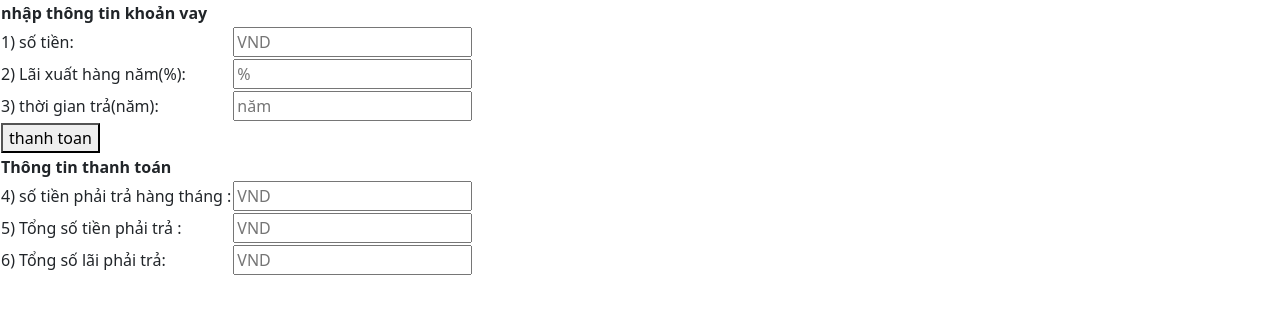
Repository: Lehuyhuynh/DOM
Page: BT2/index.html
These files come from the project's save history. The page is drawn as it stood at one moment and after the next save; the edit follows.
The browser window is 1280 px wide. The pictures show the whole page.

Above is the page before, as saved 2023-09-07 20:57:11.

### BT2/index.html
<!DOCTYPE html>
<html lang="en">
<head>
    <meta charset="UTF-8">
    <meta name="viewport" content="width=device-width, initial-scale=1.0">
    <title>BT2</title>
    <link rel="stylesheet" href="style.css">
    <link href="https://cdn.jsdelivr.net/npm/bootstrap@5.1.3/dist/css/bootstrap.min.css" rel="stylesheet" integrity="sha384-1BmE4kWBq78iYhFldvKuhfTAU6auU8tT94WrHftjDbrCEXSU1oBoqyl2QvZ6jIW3" crossorigin="anonymous">
</head>
<body>

  <form id="form">
    <table>
      <tr>
        <th>nhập thông tin khoản vay</th>
        <th colspan="1"></th>
      </tr>
      <tr>
        <td> <label for="money">1) số tiền:</label></td>
        <td><input type="text" id="money" name="money" placeholder="VND"></td>
      </tr>
      <tr>
        <td><label for="years">2) Lãi xuất hàng năm(%):</label></td>
        <td><input type="text" id="years" name="years" placeholder="%"></td>
      </tr>
      <tr>
        <td><label  for="time">3) thời gian trả(năm):</label></td>
        <td><input type="text" id="time" name="money" placeholder="năm"></td>
      </tr>

      <tr>
        <td><button type="submit"> thanh toan </button></td>
      </tr>

      <tr>
        <th>Thông tin thanh toán</th>
        <th colspan="1"></th>
      </tr>
      <tr>
        <td>
          <label for="Monthly">4) số tiền phải trả hàng tháng :</label>
        </td>
        <td><input type="text" id="Monthly" name="Monthly" placeholder="VND" ></td>
      </tr>
      <tr>
        <td><label for="amount" >5) Tổng số tiền phải trả :</label></td>
        <td><input type="text" id="amount" name="amount" placeholder="VND"></td>
      </tr>
      <tr>
        <td><label for="totalProfit">6) Tổng số lãi phải trả:</label></td>
        <td><input type="text" id="totalProfit" name="totalProfit" placeholder="VND"></td>
      </tr>


    </table>
  </form>


    <script src="script.js"></script>
    <script src="https://cdn.jsdelivr.net/npm/bootstrap@5.1.3/dist/js/bootstrap.bundle.min.js" integrity="sha384-ka7Sk0Gln4gmtz2MlQnikT1wXgYsOg+OMhuP+IlRH9sENBO0LRn5q+8nbTov4+1p" crossorigin="anonymous"></script>
</body>

### BT2/script.js
const form = document.querySelector("#form");
form.addEventListener("submit", function(event) {

    event.preventDefault();
    console.log(1, event.preventDefault())

    const moneyInput = form.elements["money"];
    console.log(2, moneyInput)

    const yearsInput = form.elements["years"];
    console.log(2, yearsInput)

    const timeInput = form.elements["time"];
    console.log(2, timeInput)

    const money = moneyInput.value;
    console.log(3, money)

    const years = yearsInput.value;
    console.log(3, years)

    const time = timeInputInput.value;
    console.log(3, time)


});

Loaded but not shown: BT2/style.css (no stored copy; drawn as an empty file)

After the next save:
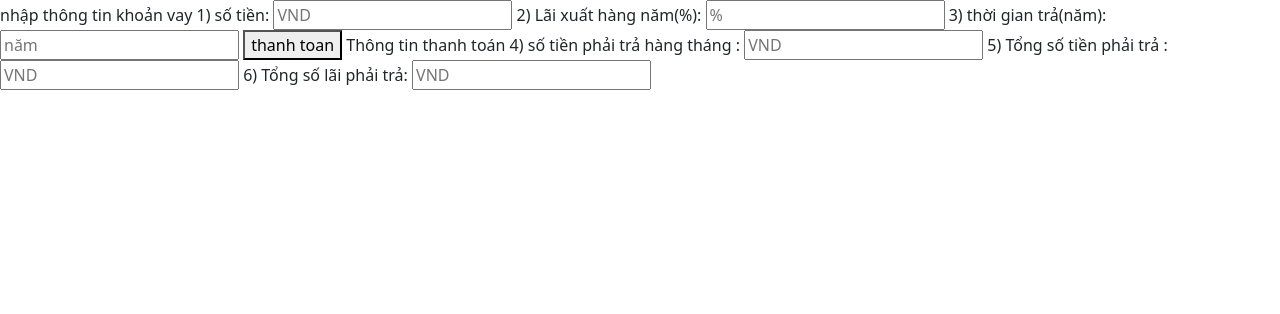
Saved 100 s later.
--- a/BT2/index.html
+++ b/BT2/index.html
@@ -9,7 +9,7 @@
 </head>
 <body>
 
-  <form id="form">
+  <form id="form"
     <table>
       <tr>
         <th>nhập thông tin khoản vay</th>

After the 2 saves that followed:
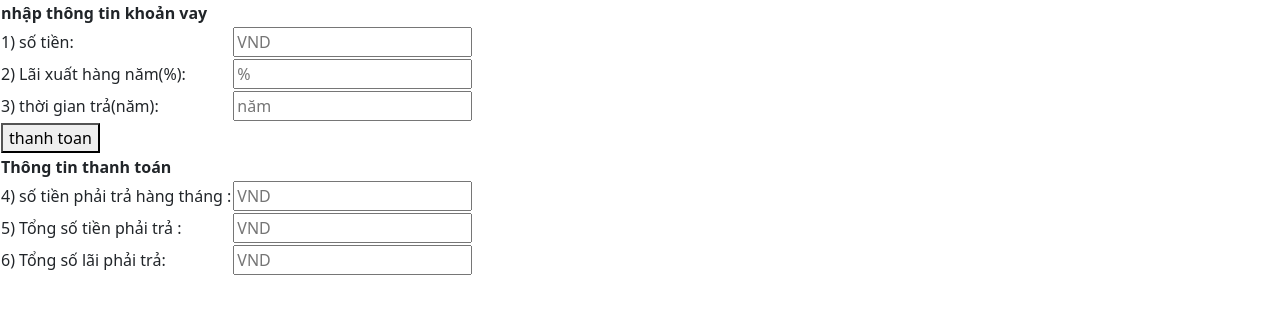
The 2 saves are shown as one change because they came seconds apart.
The last was saved 7 s later.
--- a/BT2/index.html
+++ b/BT2/index.html
@@ -9,7 +9,7 @@
 </head>
 <body>
 
-  <form id="form"
+  <form id="form">
     <table>
       <tr>
         <th>nhập thông tin khoản vay</th>
